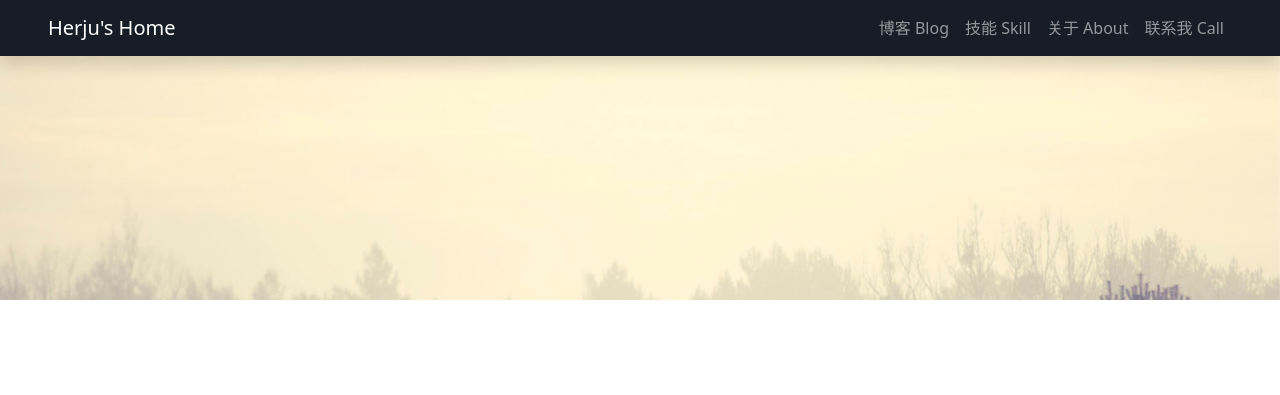
Repository: herjuandlonely/github.io
Page: index-blog.html
The author's editor kept a copy of each file at every save. The page is drawn from the files as they stood at one save, then again after the next save.
The browser window is 1280 px wide. The pictures show the whole page.

Above is the page before, as saved 2022-06-29 18:00:56.

After the next save:
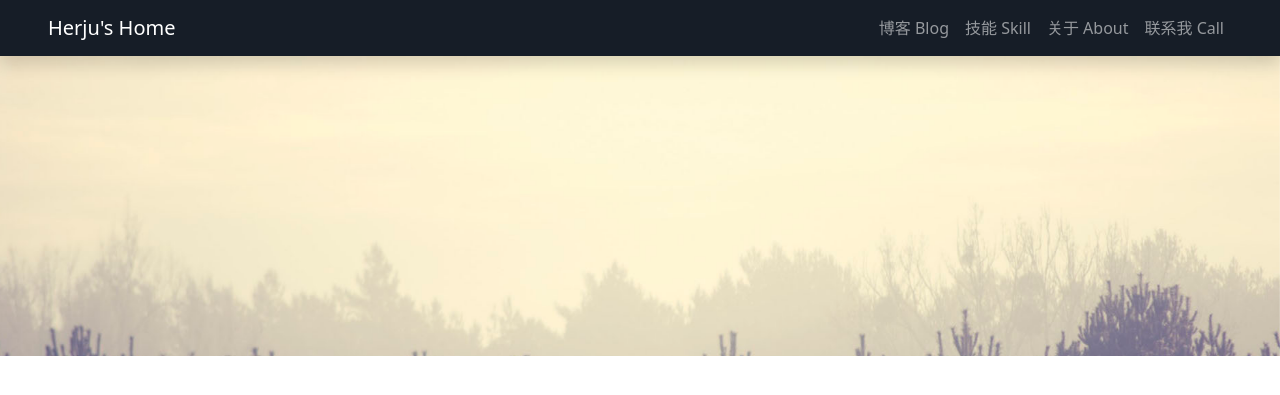
Saved 20 s later.
--- a/CSS/index-blog.css
+++ b/CSS/index-blog.css
@@ -9,4 +9,5 @@
     height: 300px;
     background-attachment: fixed;
     background-size: cover;
+    margin-top: 56px;
 }

After the save that followed:
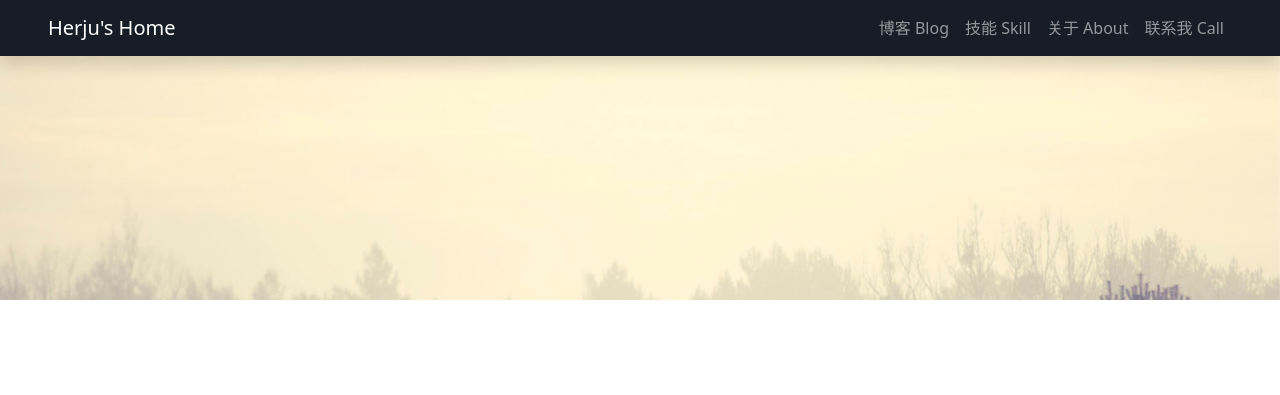
Saved 30 s later.
--- a/CSS/index-blog.css
+++ b/CSS/index-blog.css
@@ -9,5 +9,4 @@
     height: 300px;
     background-attachment: fixed;
     background-size: cover;
-    margin-top: 56px;
 }
